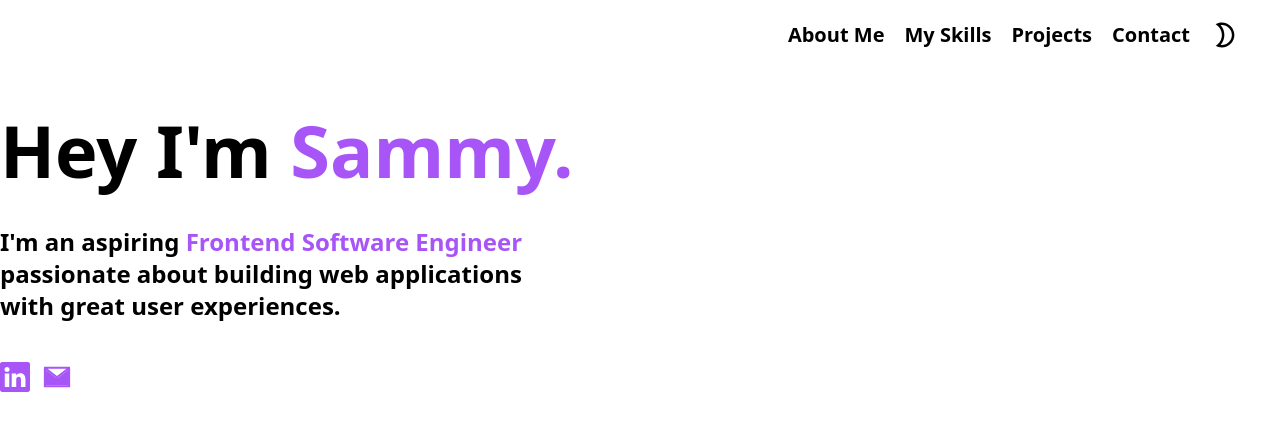
Repository: Al123Kudayyd/e-portfolio
Page: /
These files come from the project's save history. The page is drawn as it stood at one moment and after the next save; the edit follows.
The browser window is 1280 px wide. The pictures show the whole page.
The project was rebuilt for these pictures with package versions that can differ from the ones it lists, and the page was loaded fresh each time. The framework's server and built-in components were replaced by stand-ins that run in the browser. Also part of the build but not shown: next.config.js.

Above is the page before, as saved 2023-06-06 22:26:55.

After the next save:
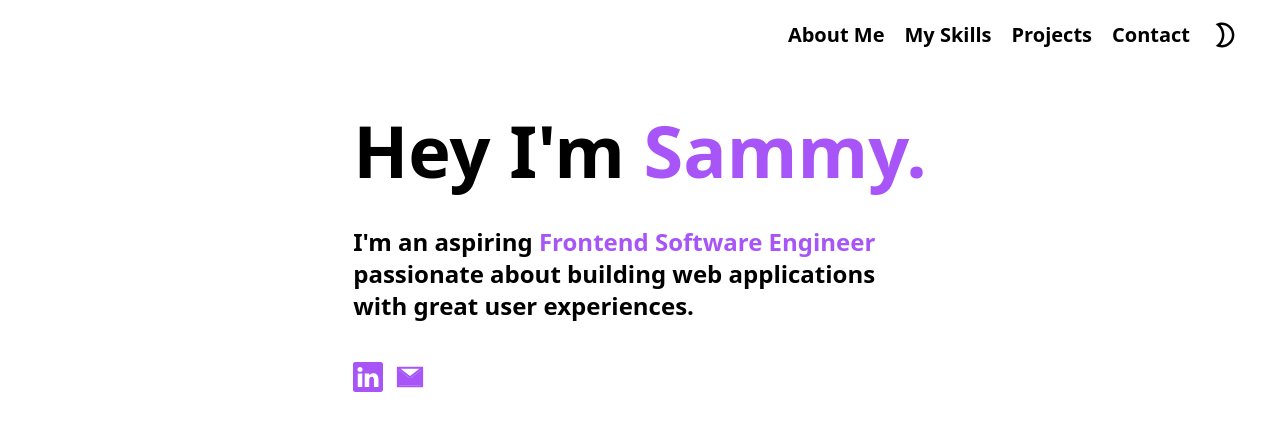
Saved 5 s later.
--- a/pages/index.tsx
+++ b/pages/index.tsx
@@ -7,7 +7,7 @@ export default function Home() {
   return (
     <>
       <Nav />
-      <div className="flex-col justify-center items-center">
+      <div className="flex justify-center items-center">
         <Info />
       </div>
 
